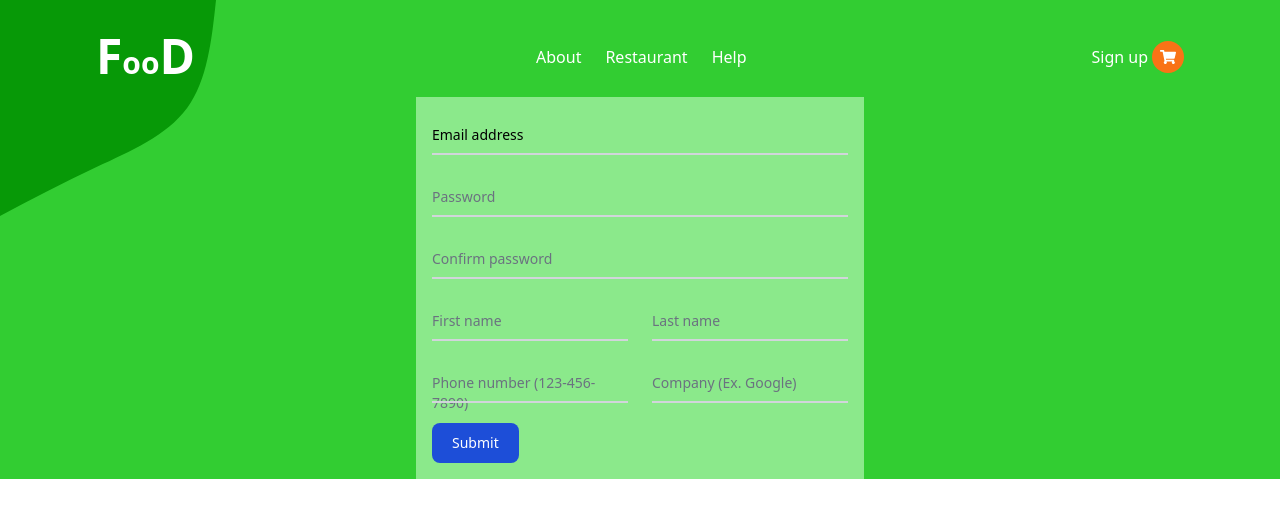
Repository: KhushiCode14/FoodWeb
Page: /signUp (app in frontend/)
These files come from the project's save history. The page is drawn as it stood at one moment and after the next save; the edit follows.
The browser window is 1280 px wide. The pictures show the whole page.
The project was rebuilt for these pictures with package versions that can differ from the ones it lists, and the page was loaded fresh each time. Also part of the build but not shown: frontend/src/Pages/Home.tsx, frontend/src/components/Home/SignIn.tsx, frontend/src/components/Home/Cart.tsx.

Above is the page before, as saved 2024-09-20 20:02:46.

After the next save:
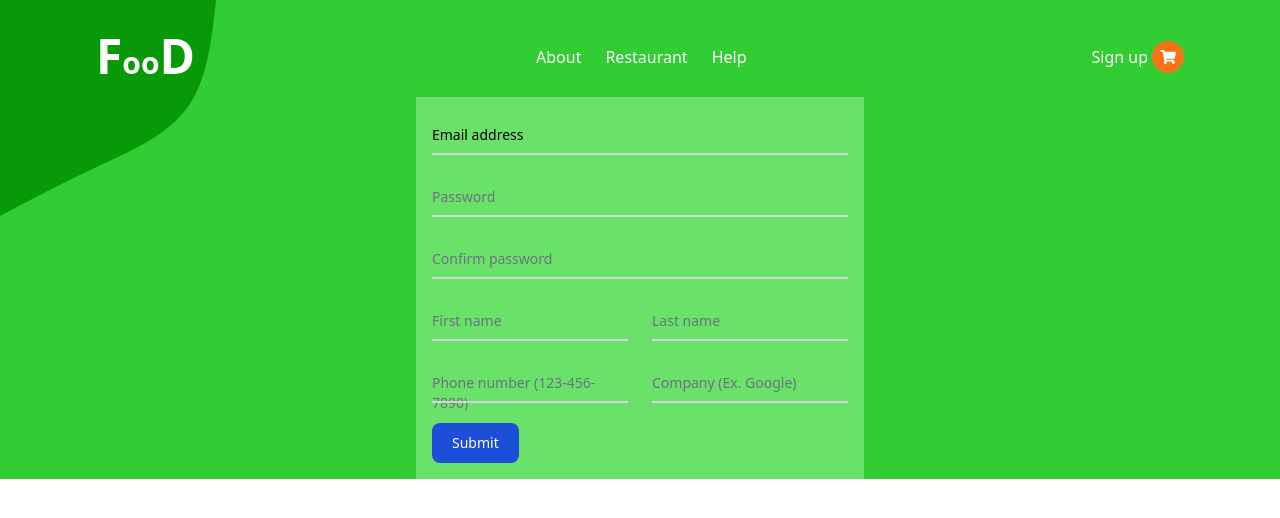
Saved 6 s later.
--- a/frontend/src/components/Home/SignUp.tsx
+++ b/frontend/src/components/Home/SignUp.tsx
@@ -22,7 +22,7 @@ const FormComponent: React.FC = () => {
   };
 
   return (
-    <form className="max-w-md mx-auto bg-[#8be98b] p-4 " onSubmit={handleSubmit} >
+    <form className="max-w-md mx-auto bg-[#6ae26a] p-4 " onSubmit={handleSubmit} >
       <div className="relative z-0 w-full mb-5 group ">
         <input
           type="email"
